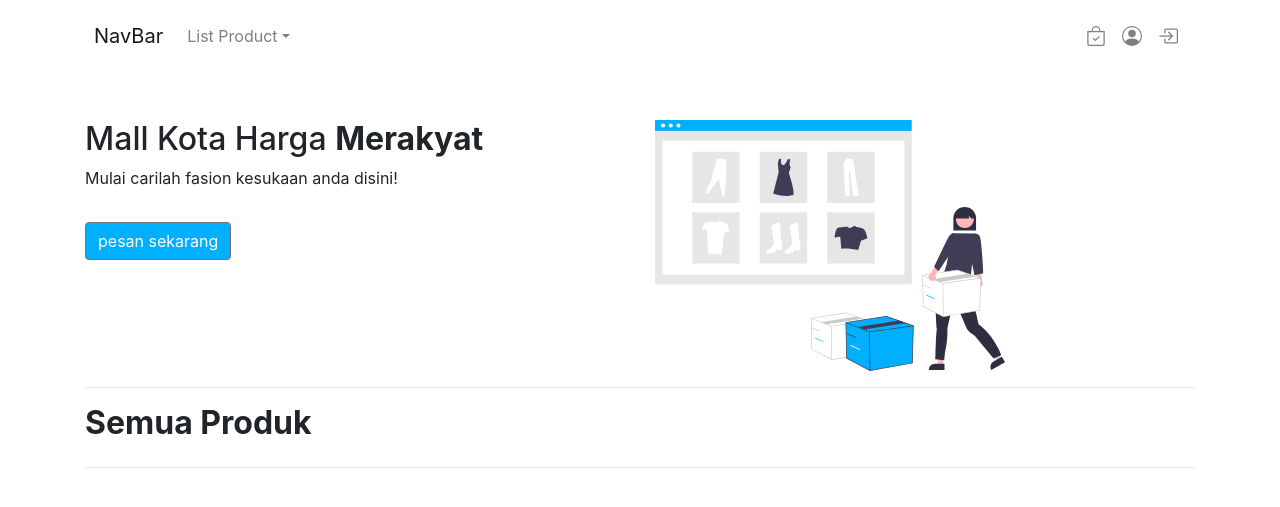
Repository: AHSANS354/ecommerce-catalog
Page: /
These files come from the project's save history. The page is drawn as it stood at one moment and after the next save; the edit follows.
The browser window is 1280 px wide. The pictures show the whole page.
The page's requests for data from a server got no answer. The project was rebuilt for these pictures with package versions that can differ from the ones it lists, and the page was loaded fresh each time. No one was signed in, and anything a server would have sent is missing. Also part of the build but not shown: vue.config.js, src/components/CardProduct.vue.

Above is the page before, as saved 2023-03-01 22:17:16.

### src/main.js
import Vue from "vue";
import App from "./App.vue";
import router from "./router";
import { BootstrapVue, IconsPlugin } from "bootstrap-vue";
// Import Bootstrap and BootstrapVue CSS files (order is important)
import "bootstrap/dist/css/bootstrap.css";
import "bootstrap-vue/dist/bootstrap-vue.css";
import "./assets/style/main.css";

// Make BootstrapVue available throughout your project
Vue.use(BootstrapVue);
// Optionally install the BootstrapVue icon components plugin
Vue.use(IconsPlugin);

Vue.config.productionTip = false;

new Vue({
  router,
  render: (h) => h(App),
}).$mount("#app");

### src/App.vue
<template>
  <div id="app">
    <router-view />
  </div>
</template>

### src/assets/style/main.css
.btn.btn-secondary {
  background-color: #00b0ff !important;
}

.card-img-top {
  height: 18rem;
}

.card {
  padding: 2rem;
}

.deskripsi {
  display: -webkit-box;
  -webkit-line-clamp: 3;
  -webkit-box-orient: vertical;
  overflow: hidden;
  text-overflow: ellipsis;
}

.title {
  display: -webkit-box;
  -webkit-line-clamp: 2;
  -webkit-box-orient: vertical;
  overflow: hidden;
  text-overflow: ellipsis;
}

### src/views/HomeView.vue
<template>
  <div class="home">
    <navbar-view />
    <div class="container mt-5">
      <div class="row">
        <div class="col-md-6">
          <h2>Mall Kota Harga <strong>Merakyat</strong></h2>
          <p>Mulai carilah fasion kesukaan anda disini!</p>

          <b-button class="mt-3"> pesan sekarang </b-button>
        </div>
        <div class="col-md-6">
          <img
            src="../assets/images/undraw_web_shopping_re_owap.svg"
            alt="foto"
            width="350"
          />
        </div>
      </div>
      <hr />
      <div class="row">
        <div class="col-md-6">
          <h2><strong>Semua Produk</strong></h2>
        </div>
      </div>
      <hr />
      <div class="row">
        <div class="col-md-4" v-for="product in products" :key="product.id">
          <card-product :product="product" />
        </div>
      </div>
    </div>
  </div>
</template>

<script>
import NavbarView from "@/components/NavbarView.vue";
import CardProduct from "@/components/CardProduct.vue";
import axios from "axios";
// @ is an alias to /src

export default {
  name: "HomeView",
  components: {
    NavbarView,
    CardProduct,
  },
  data() {
    return {
      products: [],
    };
  },
  methods: {
    setProduct(data) {
      this.products = data;
    },
  },
  mounted() {
    axios
      .get("https://fakestoreapi.com/products")
      .then((response) => this.setProduct(response.data))
      .catch((error) => console.log(error));
  },
};
</script>

### src/components/NavbarView.vue
<template>
  <div class="container p-2">
    <b-navbar toggleable="lg" type="light">
      <router-link class="navbar-brand" to="/">NavBar</router-link>

      <b-navbar-toggle target="nav-collapse"></b-navbar-toggle>

      <b-collapse id="nav-collapse" is-nav>
        <b-navbar-nav>
          <b-nav-item-dropdown text="List Product" right>
            <router-link class="dropdown-item" to="/">EN</router-link>
            <router-link class="dropdown-item" to="/">ES</router-link>
            <router-link class="dropdown-item" to="/">RU</router-link>
            <router-link class="dropdown-item" to="/">FA</router-link>
          </b-nav-item-dropdown>
        </b-navbar-nav>

        <!-- Right aligned nav items -->
        <b-navbar-nav class="ml-auto">
          <router-link to="/"
            ><b-nav-item><b-icon-bag-check></b-icon-bag-check></b-nav-item
          ></router-link>
          <router-link to="/"
            ><b-nav-item
              ><b-icon-person-circle></b-icon-person-circle></b-nav-item
          ></router-link>
          <router-link to="/"
            ><b-nav-item
              ><b-icon-box-arrow-in-right></b-icon-box-arrow-in-right></b-nav-item
          ></router-link>
        </b-navbar-nav>
      </b-collapse>
    </b-navbar>
  </div>
</template>

<script>
export default {
  name: "NavbarView",
};
</script>

<style>
</style>

Loaded but not shown: public/index.html (common file); src/router/index.js (common file)

After the next save:
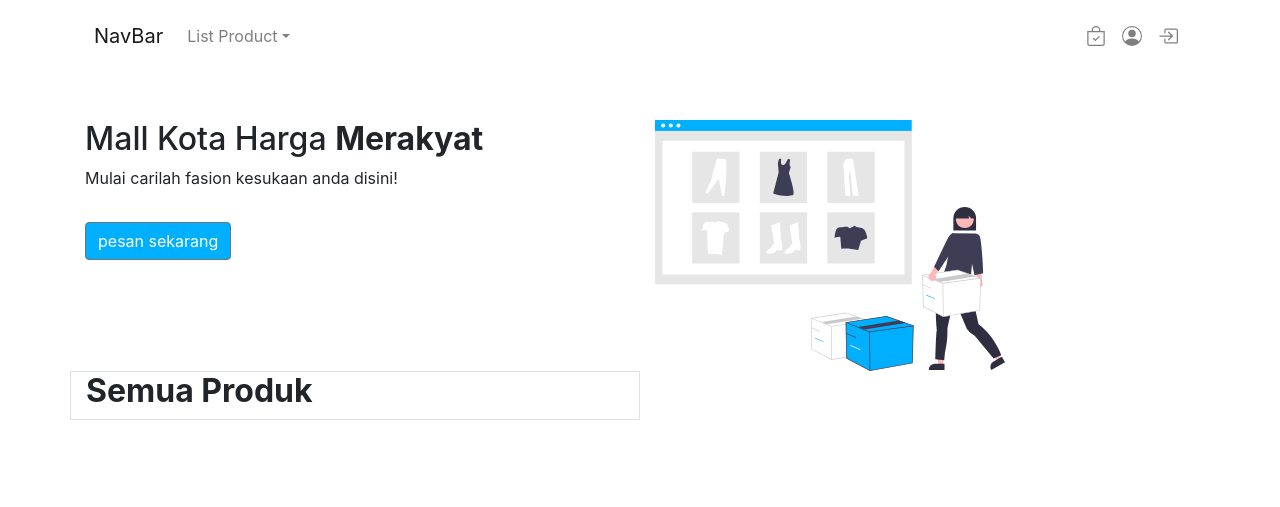
Saved 25 s later.
--- a/src/views/HomeView.vue
+++ b/src/views/HomeView.vue
@@ -17,13 +17,13 @@
           />
         </div>
       </div>
-      <hr />
+
       <div class="row">
-        <div class="col-md-6">
+        <div class="col-md-6 border">
           <h2><strong>Semua Produk</strong></h2>
         </div>
       </div>
-      <hr />
+
       <div class="row">
         <div class="col-md-4" v-for="product in products" :key="product.id">
           <card-product :product="product" />
